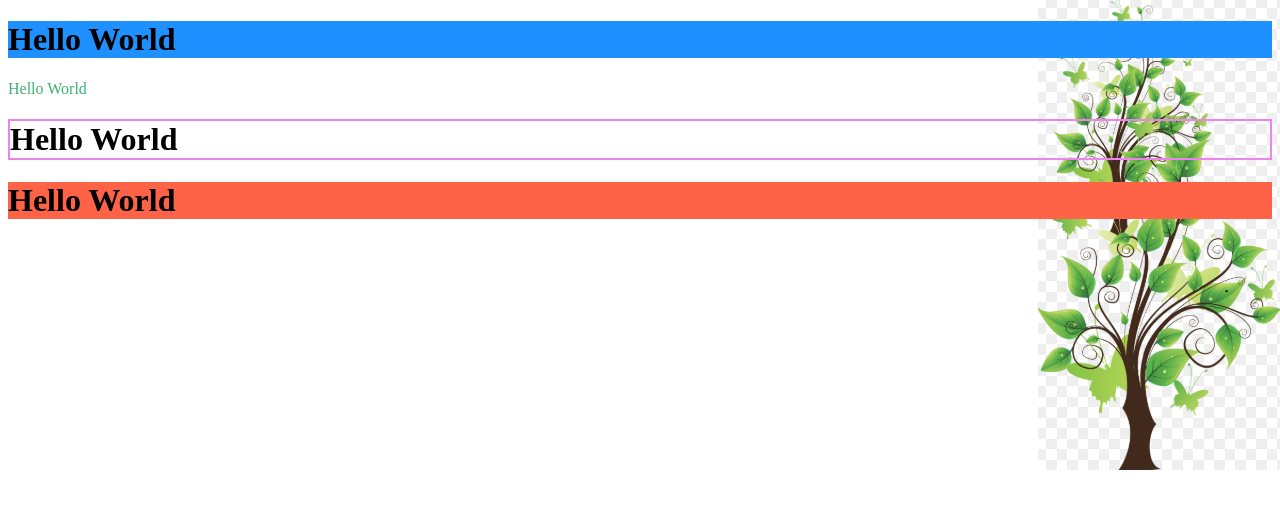
Repository: SanghunOh/learn_publising
Page: HtmlCss/WebContent/CascadingSS/css_background.html
These files come from the project's save history. The page is drawn as it stood at one moment and after the next save; the edit follows.
The browser window is 1280 px wide. The pictures show the whole page.

Above is the page before, as saved 2018-05-06 02:48:48.

After the next save:
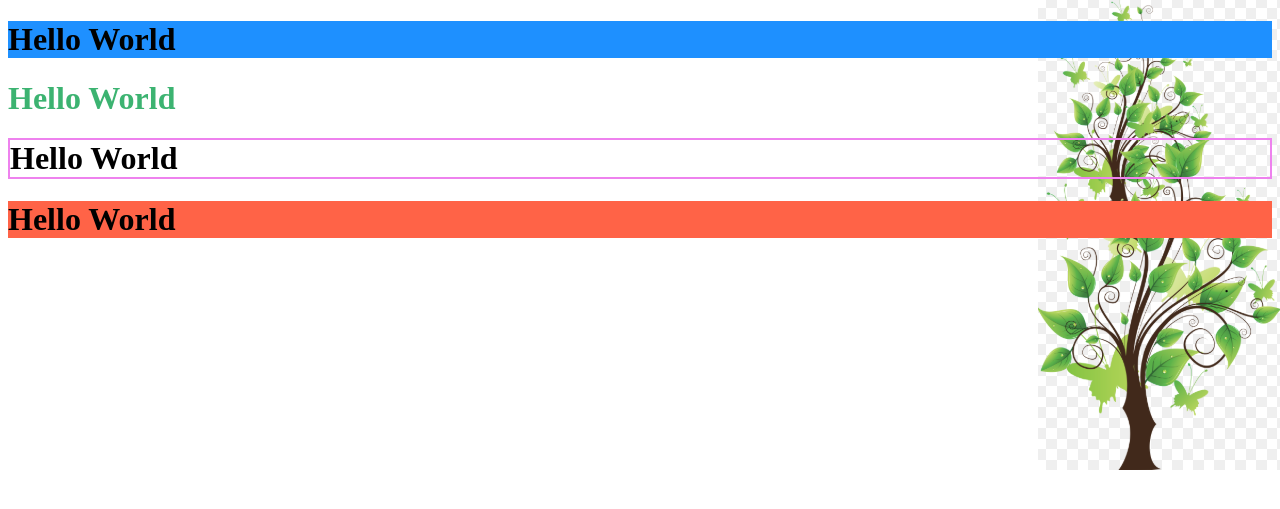
Saved 50 s later.
--- a/HtmlCss/WebContent/CascadingSS/css_background.html
+++ b/HtmlCss/WebContent/CascadingSS/css_background.html
@@ -11,7 +11,7 @@ body {
 </head>
 <body>
 <h1 style="background-color:DodgerBlue;">Hello World</h1>
-<p style="color:MediumSeaGreen;">Hello World</p>
+<h1 style="color:MediumSeaGreen;">Hello World</h1>
 <h1 style="border:2px solid Violet;">Hello World</h1>
 <h1 style="background-color:#ff6347;">Hello World</h1>
 </body>
